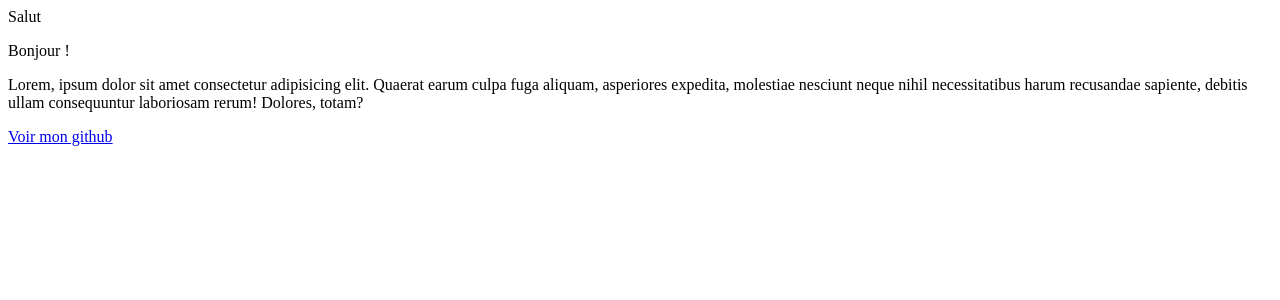
Repository: iamdumonde/dev-projects
Page: resources/views/emails/user-created-mail.blade.php
An editor plug-in stored every save of this project. The page is shown before and after the next save, followed by the edit.
The browser window is 1280 px wide. The pictures show the whole page.
The page is served by the project's Laravel application, run on PHP 8.4 with Laravel 10. The template is opened directly, without the code that normally fills it, so the values that code supplies are empty.

Above is the page before, as saved 2024-03-29 17:39:27.

After the next save:
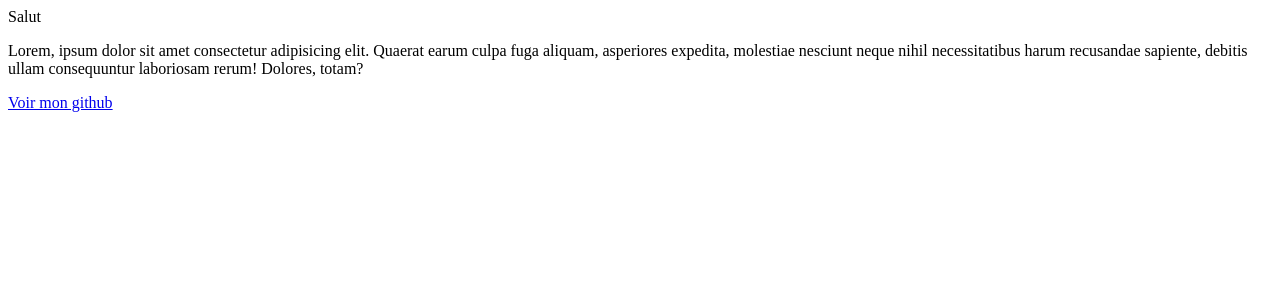
Saved 10 s later.
--- a/laravel-project/auth_project/resources/views/emails/user-created-mail.blade.php
+++ b/laravel-project/auth_project/resources/views/emails/user-created-mail.blade.php
@@ -2,7 +2,7 @@
     <!-- The whole future lies in uncertainty: live immediately. - Seneca -->
     <p>Salut {{$user->nom}}</p>
     <!-- <p>Nom {{$user->nom}}</p> -->
-    <p>Bonjour !</p>
+    <!-- <p>Bonjour !</p> -->
     <p>Lorem, ipsum dolor sit amet consectetur adipisicing elit. Quaerat earum culpa fuga aliquam, asperiores expedita, molestiae nesciunt neque nihil necessitatibus harum recusandae sapiente, debitis ullam consequuntur laboriosam rerum! Dolores, totam?</p>
     <a href="https://github.com">Voir mon github</a>
 </div>
